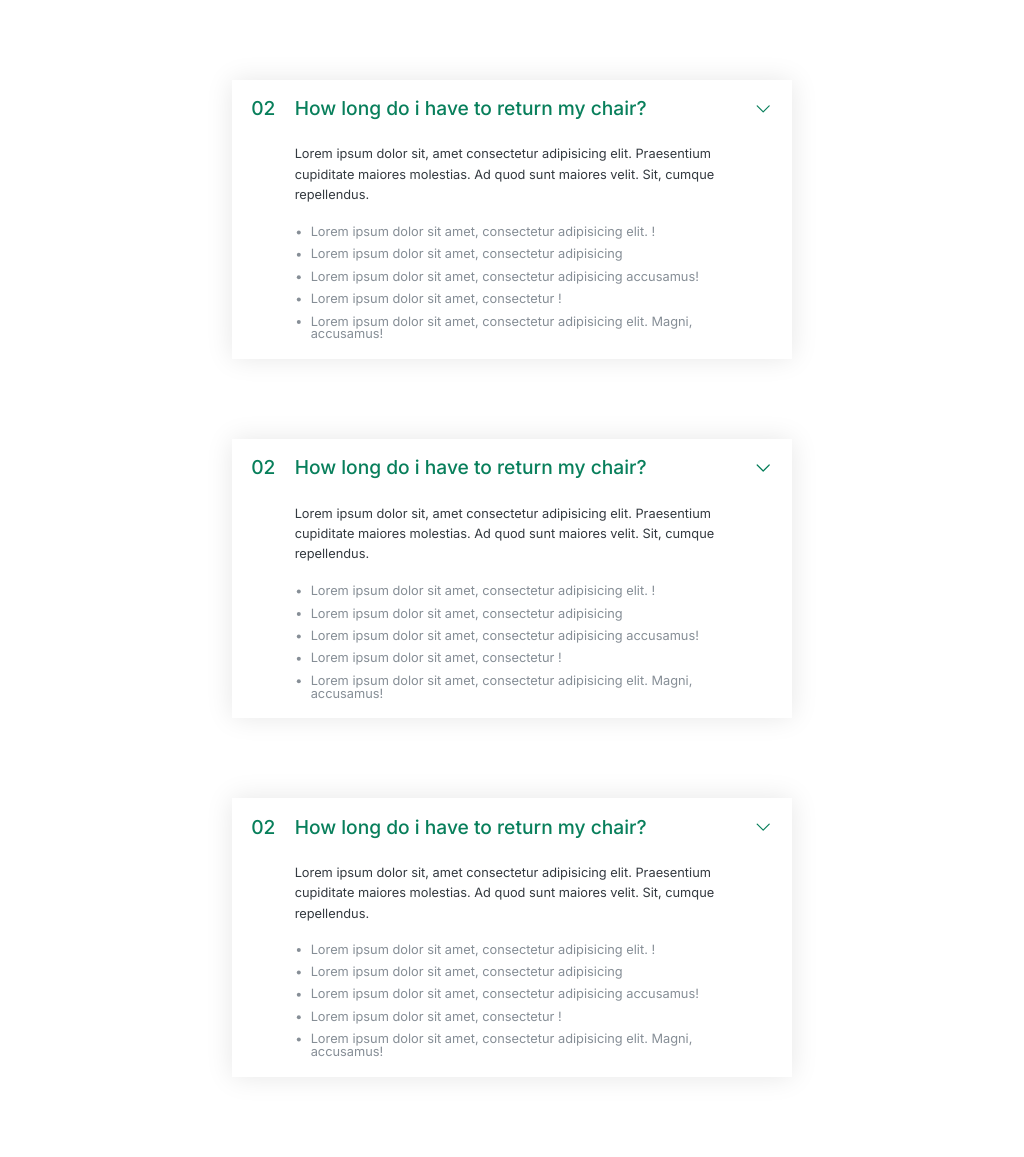
Repository: sunny070/CSS
Page: HTML and CSS some of the important components/index.html
The author's editor kept a copy of each file at every save. The page is drawn from the files as they stood at one save, then again after the next save.
The browser window is 1280 px wide. The pictures show the whole page, at 80% of full size.

Above is the page before, as saved 2023-11-13 15:27:15.

### HTML and CSS some of the important components/index.html
<!DOCTYPE html>
<html lang="en">
  <head>
    <meta charset="UTF-8" />
    <meta name="viewport" content="width=device-width, initial-scale=1.0" />
    <title>Accordion Components</title>
    <link
      href="https://fonts.googleapis.com/css2?family=Inter:wght@400;500;700&display=swap"
      rel="stylesheet"
    />
    <style>
      /*
    SPACING SYSTEM (px)
    2 / 4 / 8 / 12 / 16 / 24 / 32 / 48 / 64 / 80 / 96 / 128

    FONT SIZE SYSTEM (px)
    10 / 12 / 14 / 16 / 18 / 20 / 24 / 30 / 36 / 44 / 52 / 62 / 74 / 86 / 98
    */

      /*
    MAIN COLOR: #087f5b
    GREY COLOR: #343a40
    */

      * {
        margin: 0;
        padding: 0;
        box-sizing: border-box;
      }

      /* ------------------------ */
      /* GENERAL STYLES */
      /* ------------------------ */
      body {
        font-family: "Inter", sans-serif;
        color: #343a40;
        line-height:1;
      }
      .accordion
      {
        width:700px;
        margin: 100px auto;

      }
      .item{
        box-shadow: 0 0 32px rgba(0,0,0,0.1);
        padding: 24px;
        display: grid;
        grid-template-columns: auto 1fr auto;
        column-gap:24px;
        row-gap: 32px;
        align-items:center;
      }
      .number ,.text{
        font-size: 24px;
        font-weight: 500;
        color:#087f5b;
      }

      .icon{
        width: 24px;
        height: 24px;
        stroke: #087f5b;
      }
      .hidden-box{
        grid-column: 2;
      }
      .hidden-box p{
        line-height: 1.6;
        margin-bottom: 24px;
      }
      .hidden-box ul{
        color:#868e96;
        margin-left: 20px;
        display:flex;
        flex-direction: column;
        gap: 12px;

      }
      /* .hidden-box li{
        margin-bottom: 12px;
      } */
    </style>
  </head>
  <body>
    <div class="accordion">
      <div class="item">
      <p class="number"> 02</p>
      <p class="text">How long do i have to return my chair?</p>
      <svg class="icon" xmlns="http://www.w3.org/2000/svg" fill="none" viewBox="0 0 24 24" stroke-width="1.5" stroke="currentColor" class="w-6 h-6">
        <path stroke-linecap="round" stroke-linejoin="round" d="M19.5 8.25l-7.5 7.5-7.5-7.5" />
      </svg>
      <div class="hidden-box">
        <p>Lorem ipsum dolor sit, amet consectetur adipisicing elit. Praesentium cupiditate maiores molestias. Ad quod sunt maiores velit. Sit, cumque repellendus.</p>
        <ul>
          <li>Lorem ipsum dolor sit amet, consectetur adipisicing elit. !</li>
          <li>Lorem ipsum dolor sit amet, consectetur adipisicing</li>
          <li>Lorem ipsum dolor sit amet, consectetur adipisicing  accusamus!</li>
          <li>Lorem ipsum dolor sit amet, consectetur !</li>
          <li>Lorem ipsum dolor sit amet, consectetur adipisicing elit. Magni, accusamus!</li>

        </ul>
      </div>
      </div>

    </div>
<div class="accordion">
  <div class="item">
  <p class="number"> 02</p>
  <p class="text">How long do i have to return my chair?</p>
  <svg class="icon" xmlns="http://www.w3.org/2000/svg" fill="none" viewBox="0 0 24 24" stroke-width="1.5" stroke="currentColor" class="w-6 h-6">
    <path stroke-linecap="round" stroke-linejoin="round" d="M19.5 8.25l-7.5 7.5-7.5-7.5" />
  </svg>
  <div class="hidden-box">
    <p>Lorem ipsum dolor sit, amet consectetur adipisicing elit. Praesentium cupiditate maiores molestias. Ad quod sunt maiores velit. Sit, cumque repellendus.</p>
    <ul>
      <li>Lorem ipsum dolor sit amet, consectetur adipisicing elit. !</li>
      <li>Lorem ipsum dolor sit amet, consectetur adipisicing</li>
      <li>Lorem ipsum dolor sit amet, consectetur adipisicing  accusamus!</li>
      <li>Lorem ipsum dolor sit amet, consectetur !</li>
      <li>Lorem ipsum dolor sit amet, consectetur adipisicing elit. Magni, accusamus!</li>

    </ul>
  </div>
  </div>

</div>
<div class="accordion">
  <div class="item">
  <p class="number"> 02</p>
  <p class="text">How long do i have to return my chair?</p>
  <svg class="icon" xmlns="http://www.w3.org/2000/svg" fill="none" viewBox="0 0 24 24" stroke-width="1.5" stroke="currentColor" class="w-6 h-6">
    <path stroke-linecap="round" stroke-linejoin="round" d="M19.5 8.25l-7.5 7.5-7.5-7.5" />
  </svg>
  <div class="hidden-box">
    <p>Lorem ipsum dolor sit, amet consectetur adipisicing elit. Praesentium cupiditate maiores molestias. Ad quod sunt maiores velit. Sit, cumque repellendus.</p>
    <ul>
      <li>Lorem ipsum dolor sit amet, consectetur adipisicing elit. !</li>
      <li>Lorem ipsum dolor sit amet, consectetur adipisicing</li>
      <li>Lorem ipsum dolor sit amet, consectetur adipisicing  accusamus!</li>
      <li>Lorem ipsum dolor sit amet, consectetur !</li>
      <li>Lorem ipsum dolor sit amet, consectetur adipisicing elit. Magni, accusamus!</li>

    </ul>
  </div>
  </div>

</div>

  </body>
</html>

After the next save:
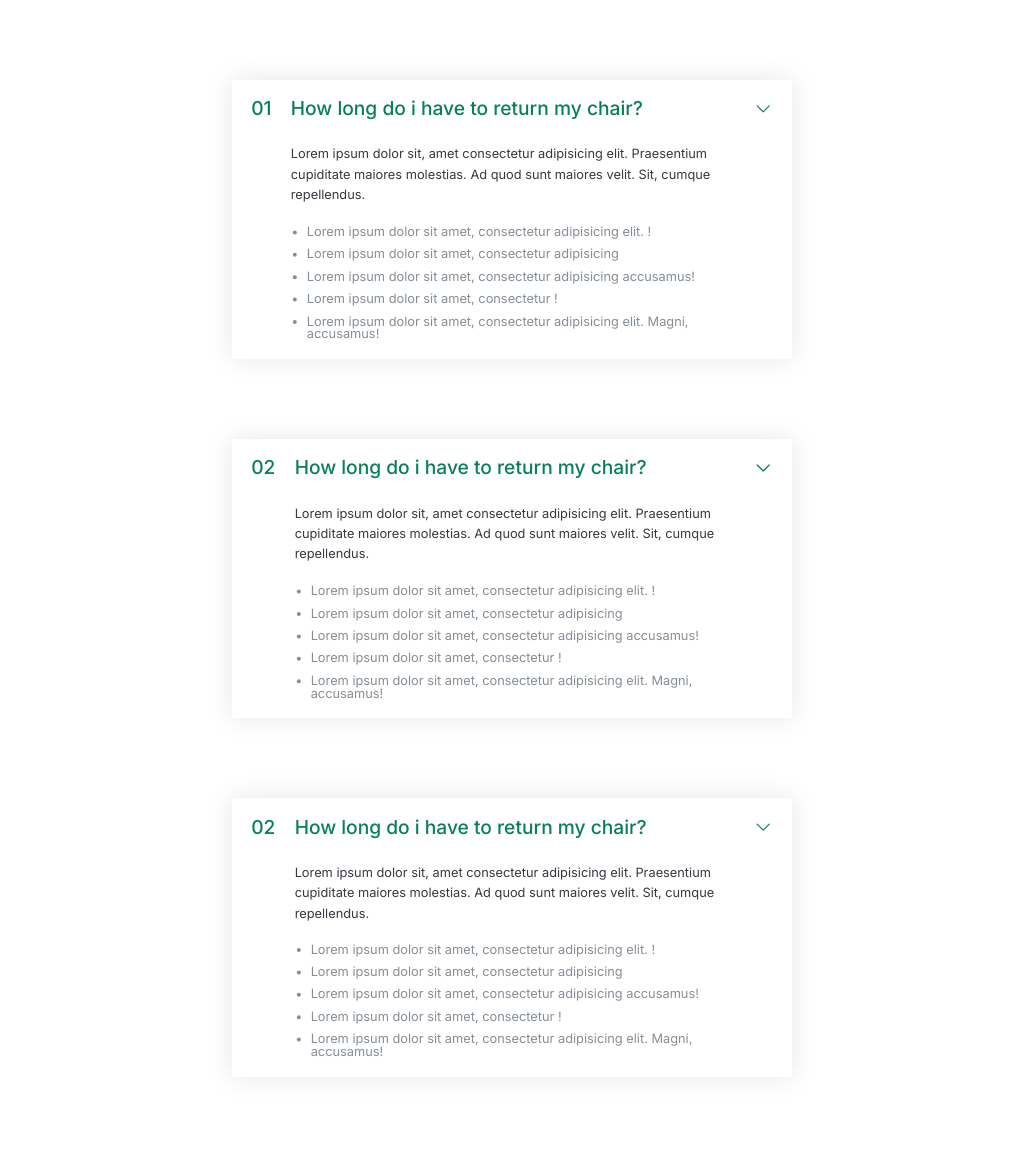
Saved 11 s later.
--- a/HTML and CSS some of the important components/index.html
+++ b/HTML and CSS some of the important components/index.html
@@ -85,7 +85,7 @@
   <body>
     <div class="accordion">
       <div class="item">
-      <p class="number"> 02</p>
+      <p class="number"> 01</p>
       <p class="text">How long do i have to return my chair?</p>
       <svg class="icon" xmlns="http://www.w3.org/2000/svg" fill="none" viewBox="0 0 24 24" stroke-width="1.5" stroke="currentColor" class="w-6 h-6">
         <path stroke-linecap="round" stroke-linejoin="round" d="M19.5 8.25l-7.5 7.5-7.5-7.5" />
